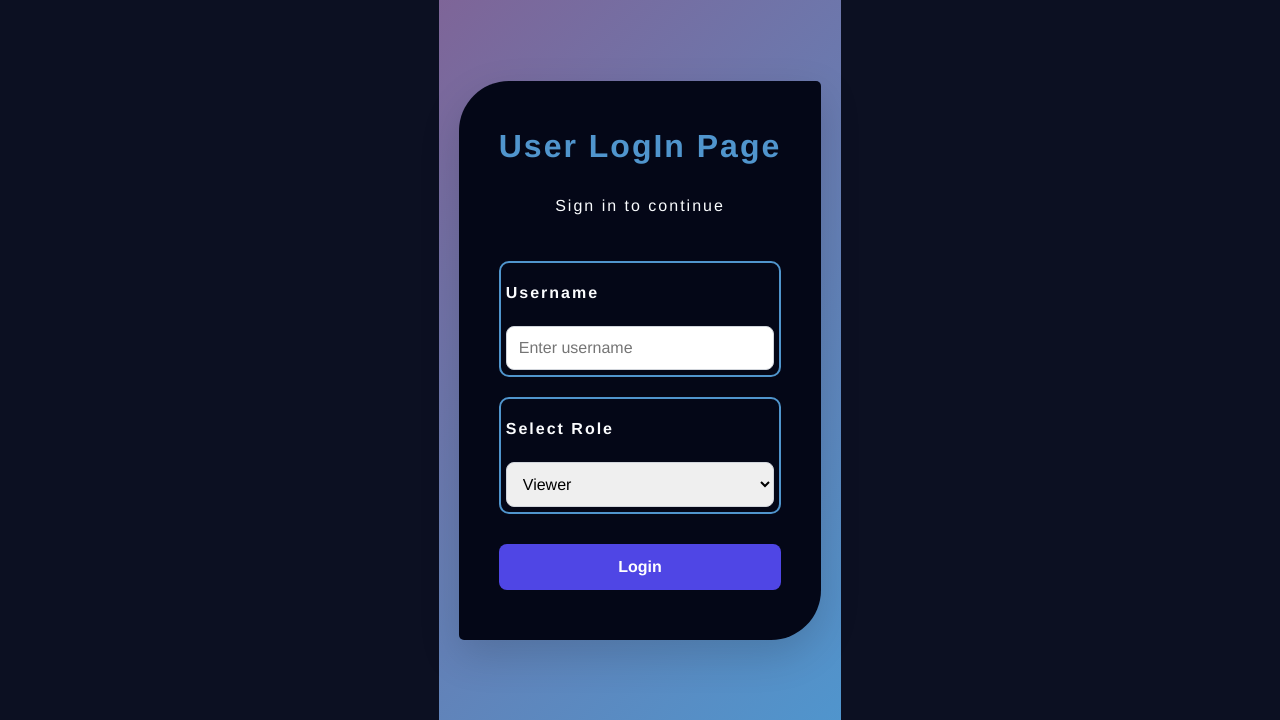
Repository: SolomonChinonso/myUserDashboard
Page: / (app in my-user-dashboard-app/)
The author's editor kept a copy of each file at every save. The page is drawn from the files as they stood at one save, then again after the next save.
The browser window is 1280 px wide. The pictures show the whole page.
The project was rebuilt for these pictures with package versions that can differ from the ones it lists, and the page was loaded fresh each time. Also part of the build but not shown: my-user-dashboard-app/vite.config.ts, my-user-dashboard-app/src/App.css, my-user-dashboard-app/src/pages/Dashboard.tsx, my-user-dashboard-app/src/pages/Profile.tsx, my-user-dashboard-app/src/pages/Settings.tsx, my-user-dashboard-app/src/components/Navbar.tsx, my-user-dashboard-app/src/components/ProtectedRoute.tsx.

Above is the page before, as saved 2026-05-30 14:56:27.

After the next save:
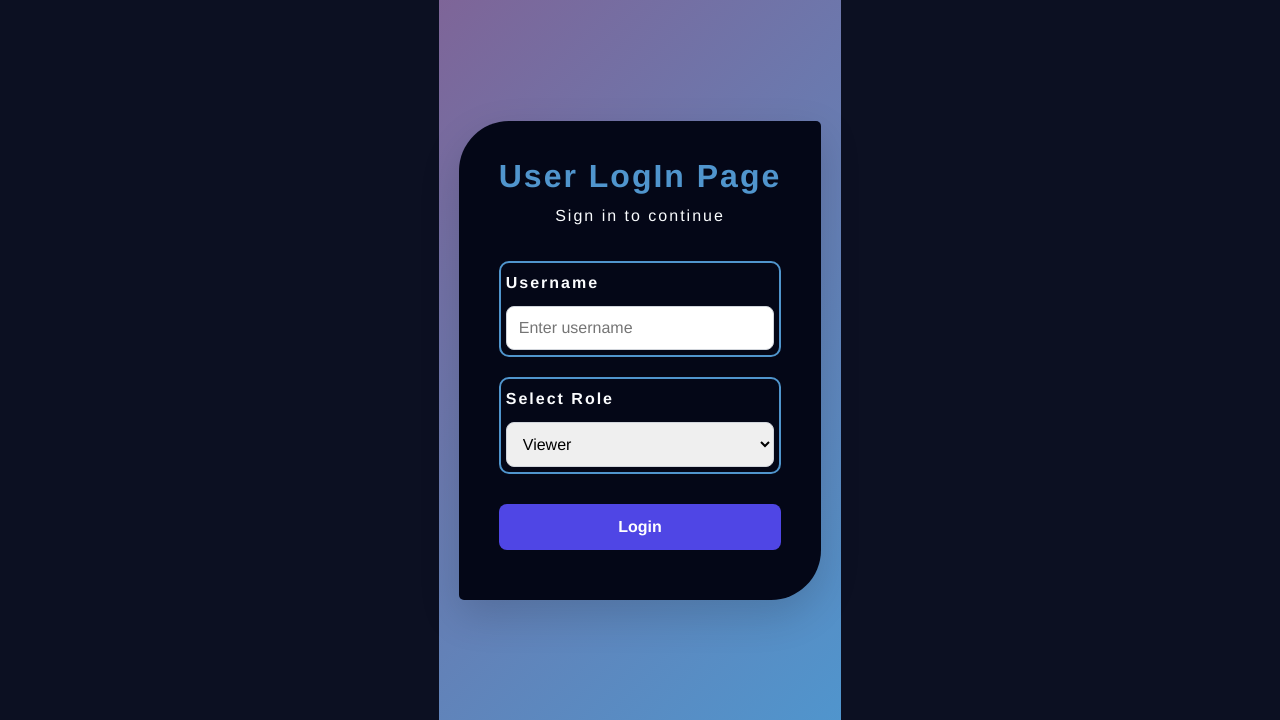
Saved 5 s later.
--- a/my-user-dashboard-app/src/pages/Login.css
+++ b/my-user-dashboard-app/src/pages/Login.css
@@ -28,7 +28,7 @@
   align-items: center;
   box-shadow: 0 15px 40px
     rgba(0, 0, 0, 0.15);
-  line-height: 50px;
+  line-height: 30px;
   text-align: center;
 }
 
